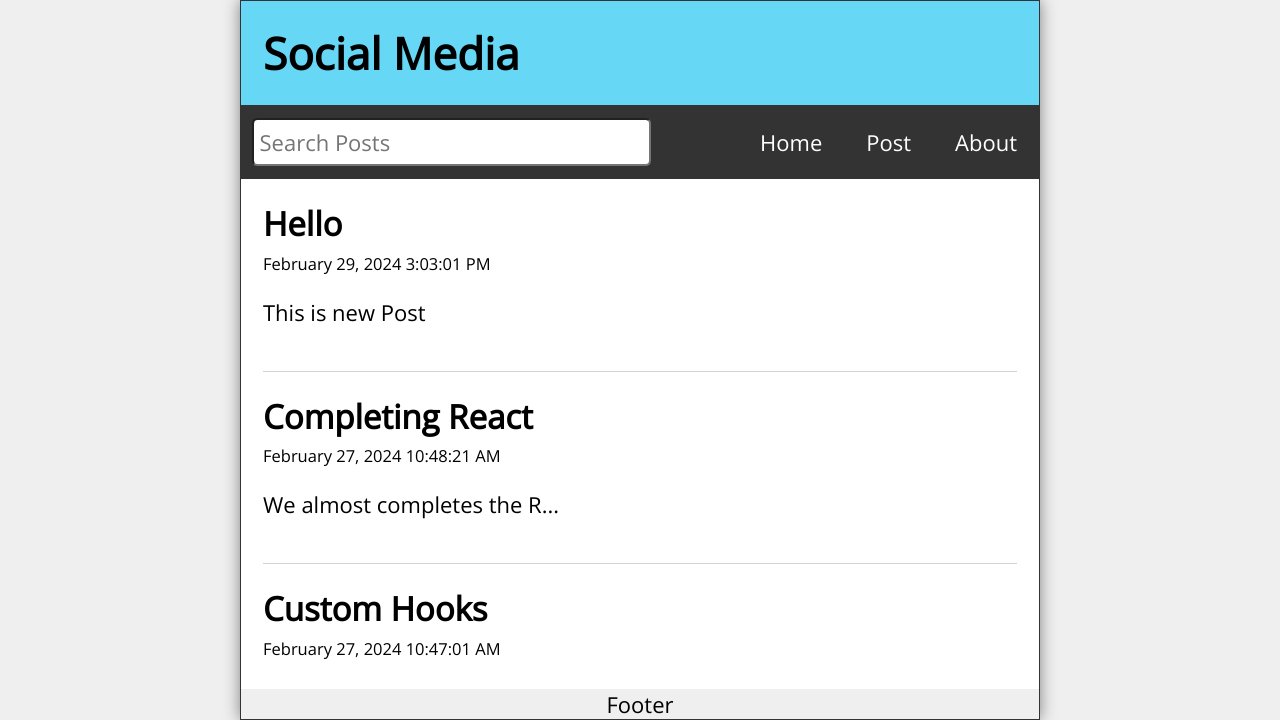
Repository: Kisho14/react_social_app_netlify
Page: /
An editor plug-in stored every save of this project. The page is shown before and after the next save, followed by the edit.
The browser window is 1280 px wide. The pictures show the whole page.
An inner scrolling area shows only its first screen. The project was rebuilt for these pictures with package versions that can differ from the ones it lists, and the page was loaded fresh each time. Requests to the local data server were answered from the project's data file. Also part of the build but not shown: src/Missing.js, src/NewPost.js, src/PostPage.js, src/About.js, src/EditPost.js.

Above is the page before, as saved 2024-02-27 12:06:42.

After the next save:
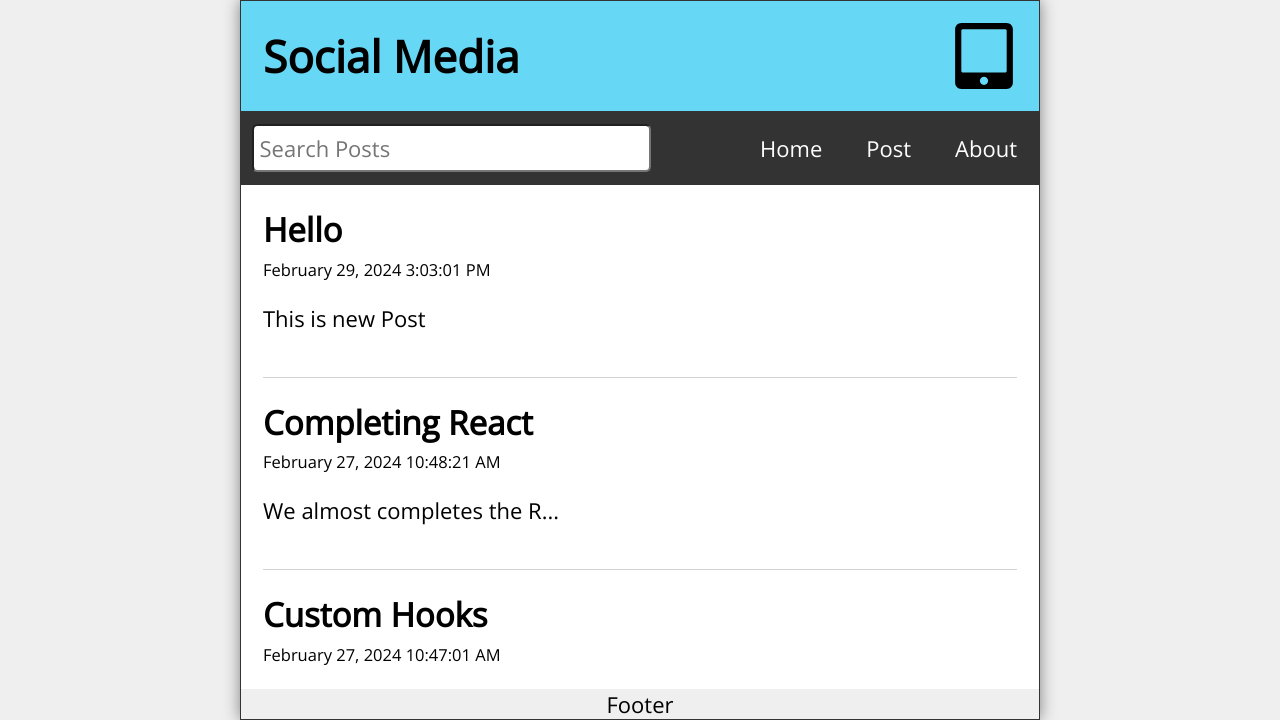
Saved 3 min 57 s later.
--- a/src/Header.js
+++ b/src/Header.js
@@ -1,9 +1,13 @@
 import React from 'react'
+import {FaLaptop, FaTabletAlt, FaMobileAlt} from 'react-icons/fa';
 
-const Header = ({title}) => {
+const Header = ({title, width}) => {
   return (
     <header className='Header'>
         <h1>{title}</h1>
+        {width < 768 ? <FaMobileAlt />
+          : width > 992 ? <FaTabletAlt />
+            :<FaLaptop /> }
     </header>
 
   )
